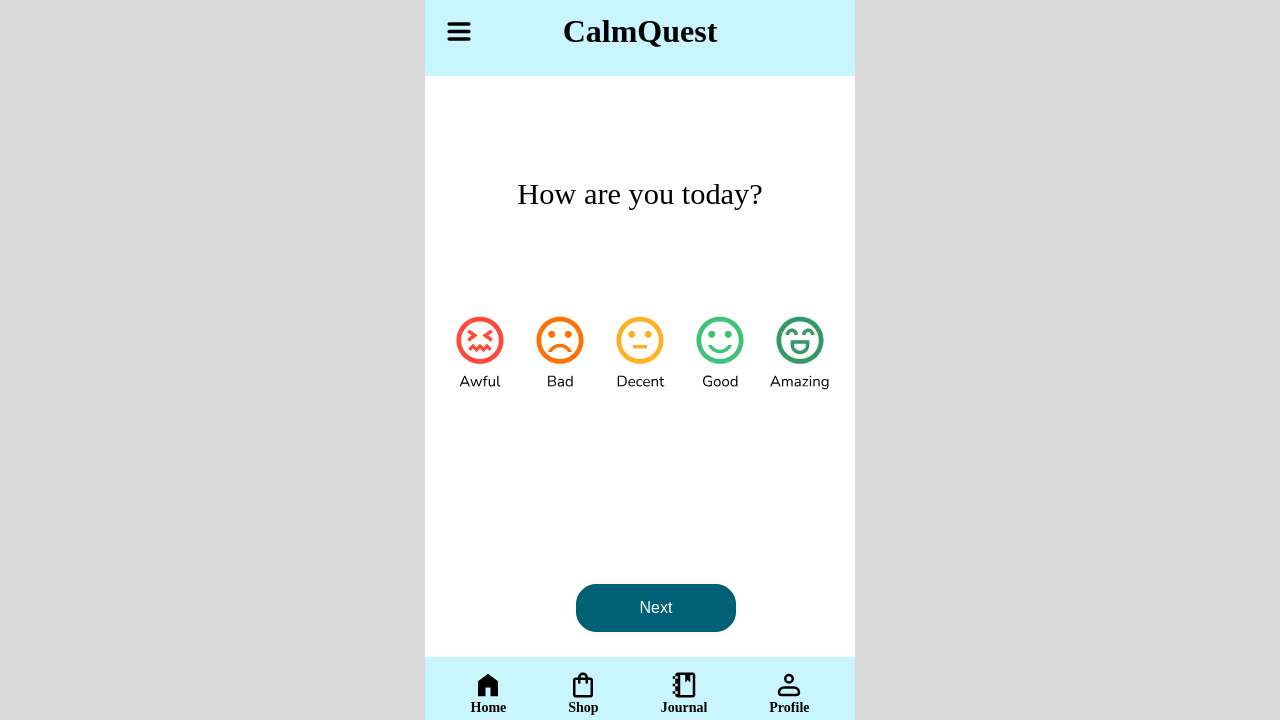
Repository: Michelle2317/CalmQuest
Page: /ParentQuiz
An editor plug-in stored every save of this project. The page is shown before and after a run of saves, followed by the edit.
The browser window is 1280 px wide. The pictures show the whole page.
The project was rebuilt for these pictures with package versions that can differ from the ones it lists, and the page was loaded fresh each time. The framework's server and built-in components were replaced by stand-ins that run in the browser. Also part of the build but not shown: next.config.mjs.

Above is the page before, as saved 2024-04-11 02:18:18.

After the next 2 saves:
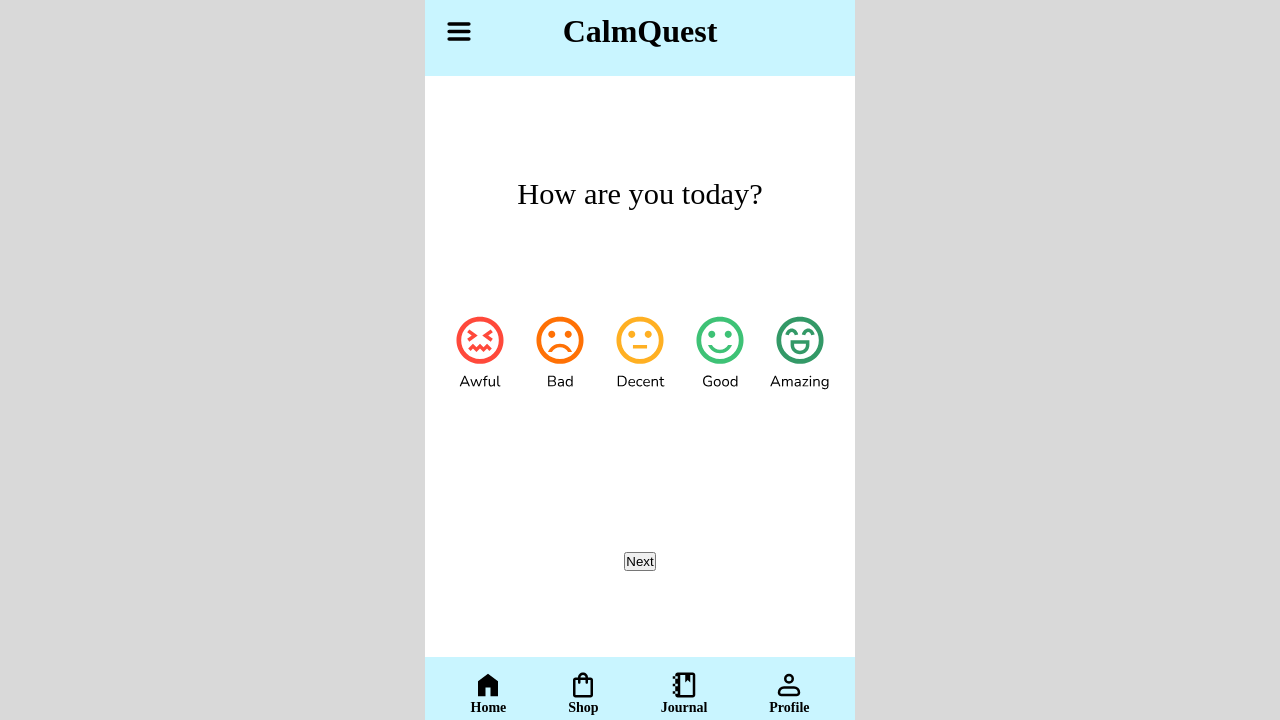
The 2 saves are shown as one change because they came seconds apart.
The last was saved 11 s later.
--- a/styles/Home.module.css
+++ b/styles/Home.module.css
@@ -172,7 +172,7 @@
 	margin-top: 34.5rem;
 }
 
-.primaryButtonQuiz {
+.primaryButtonQuizLeft {
 	text-align: center;
 	color: var(--white);
 	font-size: 16px;
@@ -192,7 +192,7 @@
 	margin-top: 2rem;
 }
 
-.primaryButtonQuiz:hover {
+.primaryButtonQuizLeft:hover {
 	text-align: center;
 	color: var(--dark-turquoise);
 	font-size: 16px;

After the 3 saves that followed:
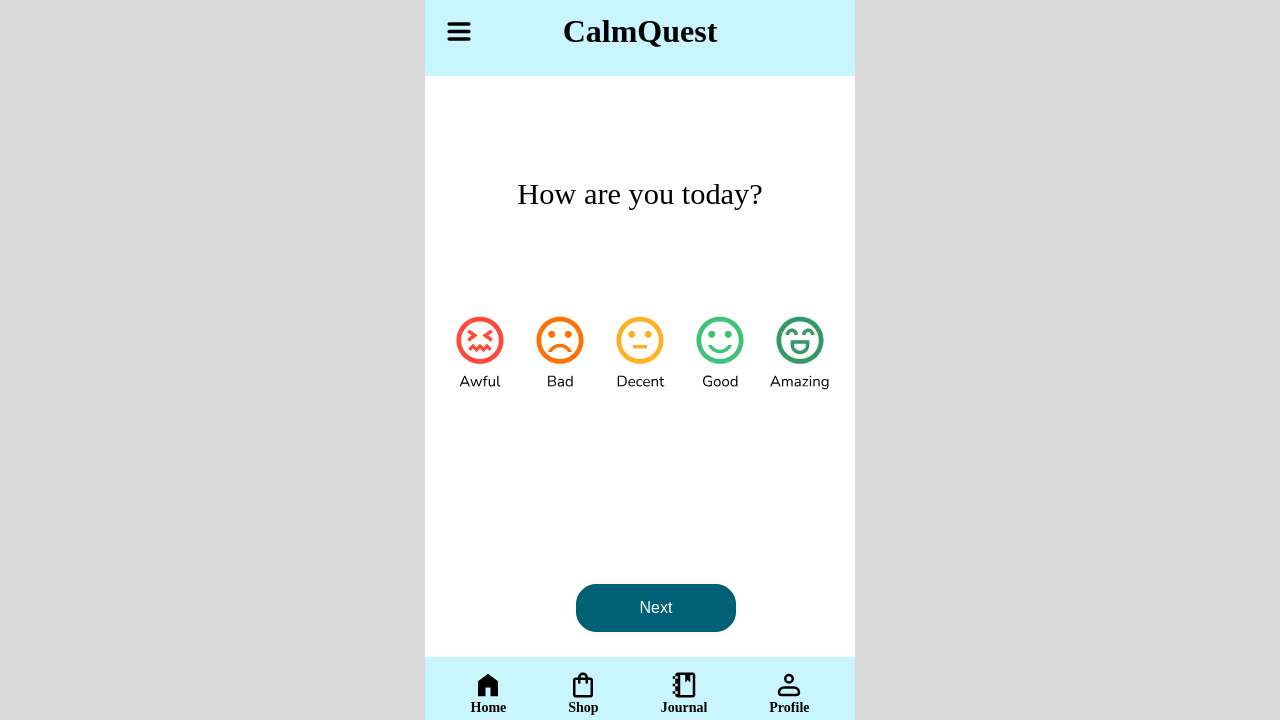
The 3 saves are shown as one change because 1 left the picture as it was and some came seconds apart.
The last was saved 16 s later.
--- a/styles/Home.module.css
+++ b/styles/Home.module.css
@@ -172,6 +172,45 @@
 	margin-top: 34.5rem;
 }
 
+.primaryButtonQuiz {
+	text-align: center;
+	color: var(--white);
+	font-size: 16px;
+	font-family: 'Nunito', sans-serif;
+	font-weight: 400;
+	word-wrap: break-word;
+	width: 160px;
+	height: 48px;
+	background: var(--dark-turquoise);
+	border: 1px var(--dark-turquoise) solid;
+	border-radius: 20px;
+	overflow: hidden;
+	justify-content: center;
+	align-items: center;
+	display: inline-flex;
+	margin-left: 2rem;
+	margin-top: 2rem;
+}
+
+.primaryButtonQuiz:hover {
+	text-align: center;
+	color: var(--dark-turquoise);
+	font-size: 16px;
+	font-family: 'Nunito', sans-serif;
+	font-weight: 400;
+	word-wrap: break-word;
+	width: 160px;
+	height: 48px;
+	background: var(--light-blue);
+	border: 1px var(--dark-turquoise) solid;
+	border-radius: 20px;
+	overflow: hidden;
+	justify-content: center;
+	align-items: center;
+	display: inline-flex;
+	margin-left: 3rem;
+	margin-top: 2rem;
+}
 .primaryButtonQuizLeft {
 	text-align: center;
 	color: var(--white);
